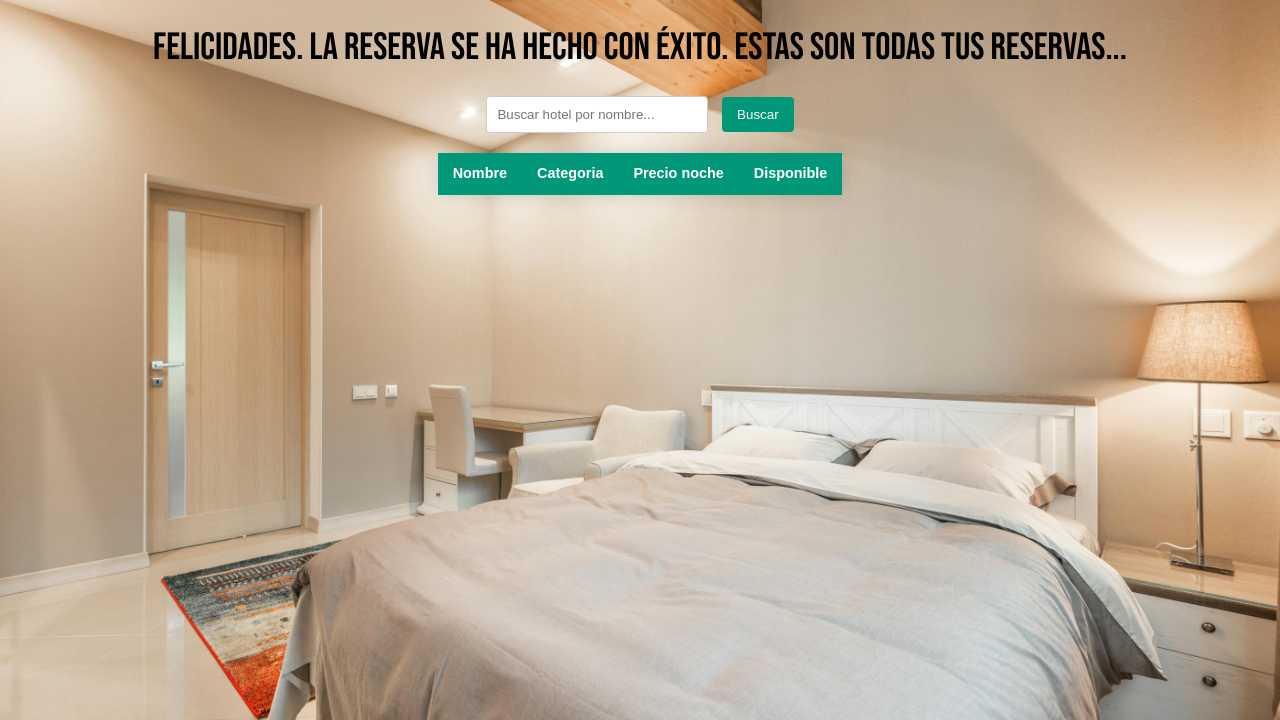
Repository: craschelf/GestionDeViajes-Microservicios
Page: http://localhost/listaReservas
These files come from the project's save history. The page is drawn as it stood at one moment and after the next save; the edit follows.
The browser window is 1280 px wide. The pictures show the whole page.
The page is this project's Thymeleaf template; nobody is signed in. The template is opened directly, without the code that normally fills it, so the values that code supplies are empty.

Above is the page before, as saved 2024-06-06 10:53:12.

### FrontProyectoFinal/src/main/resources/templates/listaReservas.html
<!DOCTYPE html>
<html lang="es">
<head>
    <meta charset="UTF-8">
    <meta name="viewport" content="width=device-width, initial-scale=1.0">
    <title>Hoteles</title>
    <link rel="stylesheet" href="/css/hoteles.css">
    <link rel="preconnect" href="https://fonts.googleapis.com">
    <link rel="preconnect" href="https://fonts.gstatic.com" crossorigin>
    <link href="https://fonts.googleapis.com/css2?family=Oswald:wght@200..700&display=swap" rel="stylesheet">
    <link href="https://fonts.googleapis.com/css2?family=Bebas+Neue&display=swap" rel="stylesheet">
</head>
<body>
    <h1>Felicidades. La reserva se ha hecho con éxito. Estas son todas tus reservas...</h1>

	<form action="/hoteles/buscar" method="get" class="search-container">
        <input type="text" id="nombre" name="nombre" placeholder="Buscar hotel por nombre..."/>
        <button type="submit">Buscar</button>
	</form>

    <table class="tablaConHoteles">
        <thead>
            <tr>
                <th>Nombre</th>
                <th>Categoria</th>
                <th>Precio noche</th>
                <th>Disponible</th>
            </tr>
        </thead>
        <tbody id="hotelTableBody">
            <tr th:each="hotel : ${hoteles}" class="hotel">
                <td th:text="${hotel.nombre}"></td>
                <td th:text="${hotel.categoria}"></td>
                <td th:text="${hotel.precio} + '€'"></td>
                <td th:text="${hotel.disponible}"></td>
            </tr>
        </tbody>
    </table>
</body>
</html>

### FrontProyectoFinal/src/main/resources/static/css/hoteles.css
h1 {
    text-align: center;
    font-family: "Bebas Neue", sans-serif;
    font-weight: 400;
    font-size: 38px;
    font-style: normal;
}
body {
    background-color: #f5f5f5;
    background-image: url('/fondo_hoteles.jpg');
    background-size: cover;
    background-position: center;
    background-attachment: fixed;
    font-family: 'Oswald', sans-serif;
}

.search-container {
    text-align: center;
    margin-bottom: 20px;
}

.search-container input[type="text"] {
    width: 200px;
    padding: 10px;
    margin-right: 10px;
    border: 1px solid #ccc;
    border-radius: 4px;
}

.search-container button {
    padding: 10px 15px;
    background-color: #009879;
    color: white;
    border: none;
    border-radius: 4px;
    cursor: pointer;
}

.search-container button:hover {
    background-color: #007b63;
}

.search-container button:hover {
    background-color: #007b63;
}

.tablaConHoteles {
    border-collapse: collapse;
    margin: auto;
    font-size: 0.9em;
    font-family: sans-serif;
    min-width: 400px;
    box-shadow: 0 0 20px rgba(0, 0, 0, 0.15);
    background-color: rgb(255, 255, 255);
}

.tablaConHoteles thead tr {
    background-color: #009879;
    color: #ffffff;
    text-align: left;
}

.tablaConHoteles th,
.tablaConHoteles td {
    padding: 12px 15px;
}

.tablaConHoteles tbody tr {
    border-bottom: 1px solid #dddddd;
}

.tablaConHoteles tbody tr:nth-of-type(even) {
    background-color: #f3f3f3;
}

.tablaConHoteles tr:last-of-type {
    border-bottom: 2px solid #009879;
}

.tablaConHoteles tbody tr.active-row {
    font-weight: bold;
    color: #009879;
}

After the next save:
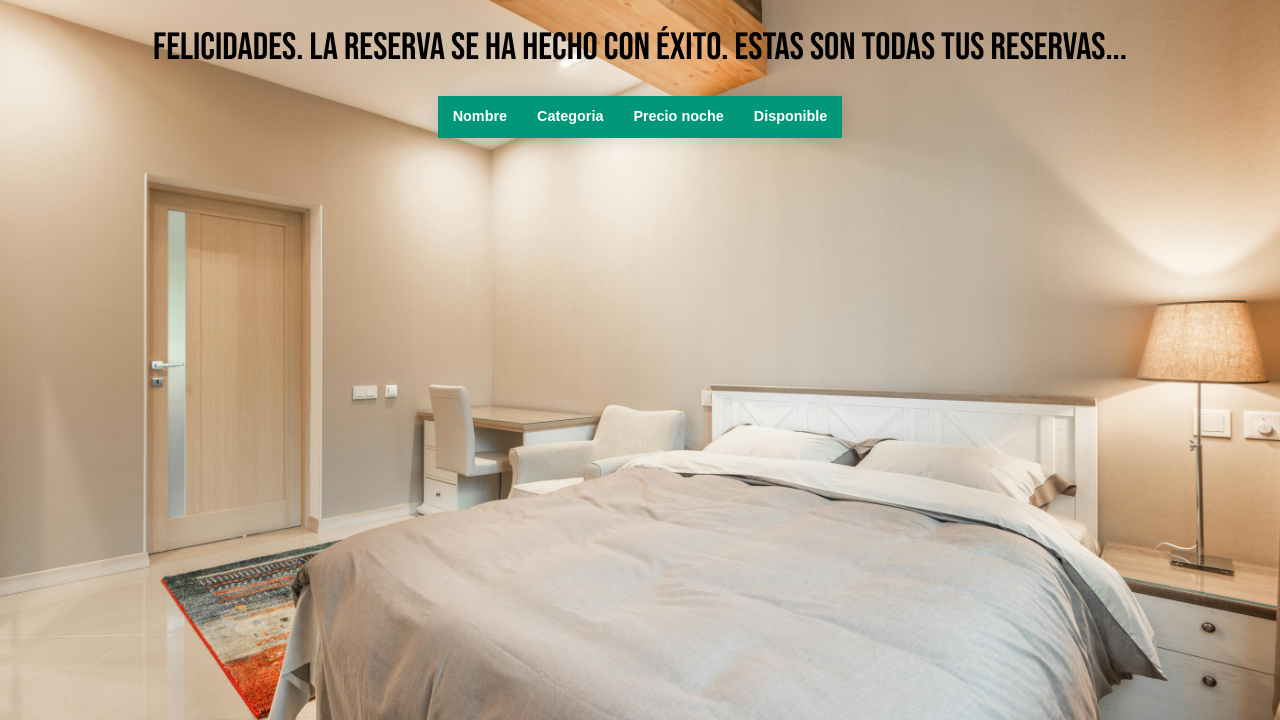
Saved 19 s later.
--- a/FrontProyectoFinal/src/main/resources/templates/listaReservas.html
+++ b/FrontProyectoFinal/src/main/resources/templates/listaReservas.html
@@ -12,11 +12,6 @@
 </head>
 <body>
     <h1>Felicidades. La reserva se ha hecho con éxito. Estas son todas tus reservas...</h1>
-
-	<form action="/hoteles/buscar" method="get" class="search-container">
-        <input type="text" id="nombre" name="nombre" placeholder="Buscar hotel por nombre..."/>
-        <button type="submit">Buscar</button>
-	</form>
 
     <table class="tablaConHoteles">
         <thead>
